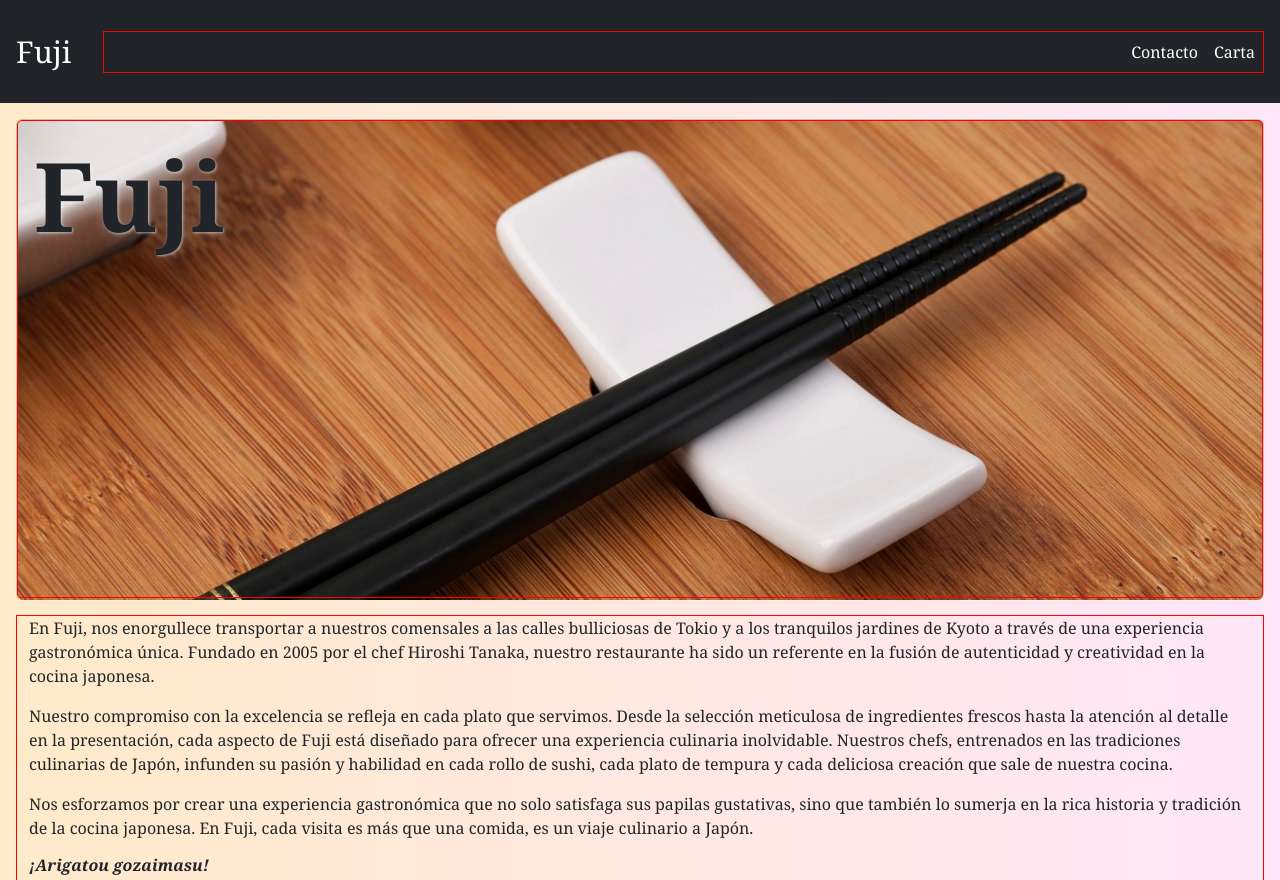
Repository: aipacheco/Fuji-restaurante
Page: index.html
An editor plug-in stored every save of this project. The page is shown before and after the next save, followed by the edit.
The browser window is 1280 px wide. The pictures show the part of the page from y = 0 to 880 px (the page is 1319 px tall).
A picture or video elsewhere on the page could not be fetched, so the positions and the page height are approximate. Some web libraries are served in a nearby version.

Above is the page before, as saved 2024-01-29 18:14:50.

### index.html
<!DOCTYPE html>
<html lang="en">
  <head>
    <meta charset="UTF-8" />
    <meta name="viewport" content="width=device-width, initial-scale=1.0" />

    <link
      href="https://cdn.jsdelivr.net/npm/bootstrap@5.3.2/dist/css/bootstrap.min.css"
      rel="stylesheet"
      integrity="sha384-T3c6CoIi6uLrA9TneNEoa7RxnatzjcDSCmG1MXxSR1GAsXEV/Dwwykc2MPK8M2HN"
      crossorigin="anonymous"
    />
    <link rel="stylesheet" href="./css/styles.css" />
    <title>Restaurante Fuji</title>
  </head>

  <body>
    <!-- Navbar -->
    <nav class="navbar navbar-expand-lg bg-dark" data-bs-theme="dark">
      <a class="navbar-brand d-flex align-items-center m-3" href="./index.html">
        <span id="icon">Fuji</span>
      </a>

      <button
        class="navbar-toggler m-3"
        type="button"
        data-toggle="collapse"
        data-target="#navbarNavDropdown"
        aria-controls="navbarNavDropdown"
        aria-expanded="false"
        aria-label="Toggle navigation"
      >
        <span class="navbar-toggler-icon"></span>
      </button>

      <div
        class="collapse navbar-collapse justify-content-end m-3"
        id="navbarNavDropdown"
      >
        <ul class="navbar-nav align-items-center">
          <li class="nav-item active m-2">
            <a href="/contact.html">Contacto</a>
          </li>
          <li class="nav-item active m-2">
            <a href="/menu.html">Carta</a>
          </li>
        </ul>
      </div>
    </nav>

    <div class="card img-restaurante m-3">
      <img
        src="./img/restaurante.jpg"
        class="card-img img-restaurante"
        alt="..."
      />
      <div class="card-img-overlay">
        <h1 class="card-title jumbotron">Fuji</h1>
      </div>
    </div>

    <div class="row d-flex justify-content-center m-3">
      <p>
        En Fuji, nos enorgullece transportar a nuestros comensales a las
        calles bulliciosas de Tokio y a los tranquilos jardines de Kyoto a
        través de una experiencia gastronómica única. Fundado en 2005 por el
        chef Hiroshi Tanaka, nuestro restaurante ha sido un referente en la
        fusión de autenticidad y creatividad en la cocina japonesa.
      </p>

      <p>
        Nuestro compromiso con la excelencia se refleja en cada plato que
        servimos. Desde la selección meticulosa de ingredientes frescos hasta la
        atención al detalle en la presentación, cada aspecto de Fuji
        está diseñado para ofrecer una experiencia culinaria inolvidable.
        Nuestros chefs, entrenados en las tradiciones culinarias de Japón,
        infunden su pasión y habilidad en cada rollo de sushi, cada plato de
        tempura y cada deliciosa creación que sale de nuestra cocina.
      </p>

      <p>
        Nos esforzamos por crear una experiencia gastronómica que no solo
        satisfaga sus papilas gustativas, sino que también lo sumerja en la rica
        historia y tradición de la cocina japonesa. En Fuji, cada visita
        es más que una comida, es un viaje culinario a Japón.
      </p>

      <h6><strong><i>¡Arigatou gozaimasu!</i></strong></h6>
    </div>


    <div class="row d-flex justify-content-center text-center m-3">
      <div class="col-12 col-md-6 col-lg-4">
        <div class="card">
          <img
            src="https://images.pexels.com/photos/12032526/pexels-photo-12032526.jpeg?auto=compress&cs=tinysrgb&w=1260&h=750&dpr=1"
            class="card-img-top"
            alt="..."
          />
          <div class="card-body">
            <p class="card-text">
              Descubre la elegancia y autenticidad en cada rincón de nuestro
              restaurante japonés.
            </p>
          </div>
        </div>
      </div>

      <div class="col-12 col-md-6 col-lg-4">
        <div class="card">
          <img
            src="https://images.pexels.com/photos/6249501/pexels-photo-6249501.jpeg"
            class="card-img-top"
            alt="..."
          />
          <div class="card-body">
            <p class="card-text">
              Sumérgete en la frescura y exquisitez del sashimi, una experiencia
              única para los amantes del pescado crudo.
            </p>
          </div>
        </div>
      </div>
      <div class="col-12 col-md-6 col-lg-4">
        <div class="card">
          <img
            src="https://images.pexels.com/photos/4071381/pexels-photo-4071381.jpeg?auto=compress&cs=tinysrgb&w=1260&h=750&dpr=1"
            class="card-img-top"
            alt="..."
          />
          <div class="card-body">
            <p class="card-text">
              Descubre la armonía de sabores en cada bocado, preparados con
              maestría por nuestros chefs expertos.
            </p>
          </div>
        </div>
      </div>
    </div>

    <script src="https://code.jquery.com/jquery-3.2.1.slim.min.js"></script>
    <script src="https://cdnjs.cloudflare.com/ajax/libs/popper.js/1.12.9/umd/popper.min.js"></script>
    <script src="https://maxcdn.bootstrapcdn.com/bootstrap/4.0.0/js/bootstrap.min.js"></script>
  </body>
</html>

### css/styles.css
body {
  font-family: Georgia, "Times New Roman", Times, serif !important;
  margin: 0;
  padding: 0;
  background: rgb(255, 234, 201);
  background: linear-gradient(
    90deg,
    rgba(255, 234, 201, 1) 0%,
    rgba(255, 230, 248, 1) 100%
  );
  /* height: 100vh;
  width: 100vw; */
}
div {
  border: 1px solid red;
}
nav a{
  text-decoration: none;
  color: white;
}
#icon {
  font-size: 1.5em;
}
.img-restaurante{
  max-height: 30em;
  width: auto;
  object-fit: cover;
}
textarea {
  resize: none !important;
}
.card {
  background-color: rgba(250, 235, 215, 0.212);
  transition: 0.5s;
}
.card:hover{
  box-shadow: 6px 5px 10px 1px rgba(0,0,0,0.75);
  transition: 0.5s;
}
.card-footer{
  background-color: rgb(255, 241, 241);

}
.card-title{
  font-weight: bold;
}
.jumbotron{
  font-size: 6em;
  text-shadow: 1px 1px 3px #ffffff92, 1px 1px 15px #ededed50;
}

.img-menu {
  max-height: 17em;
  width: auto;
  object-fit: cover;
}
.row-menu{
  margin-top: 1em;
  margin-bottom: 1em;
}
.answer{
  text-decoration: none;
  color: rgb(16, 16, 16);
}
iframe{

  height: 20em;
  padding: 0;
  margin: 0;
}

After the next save:
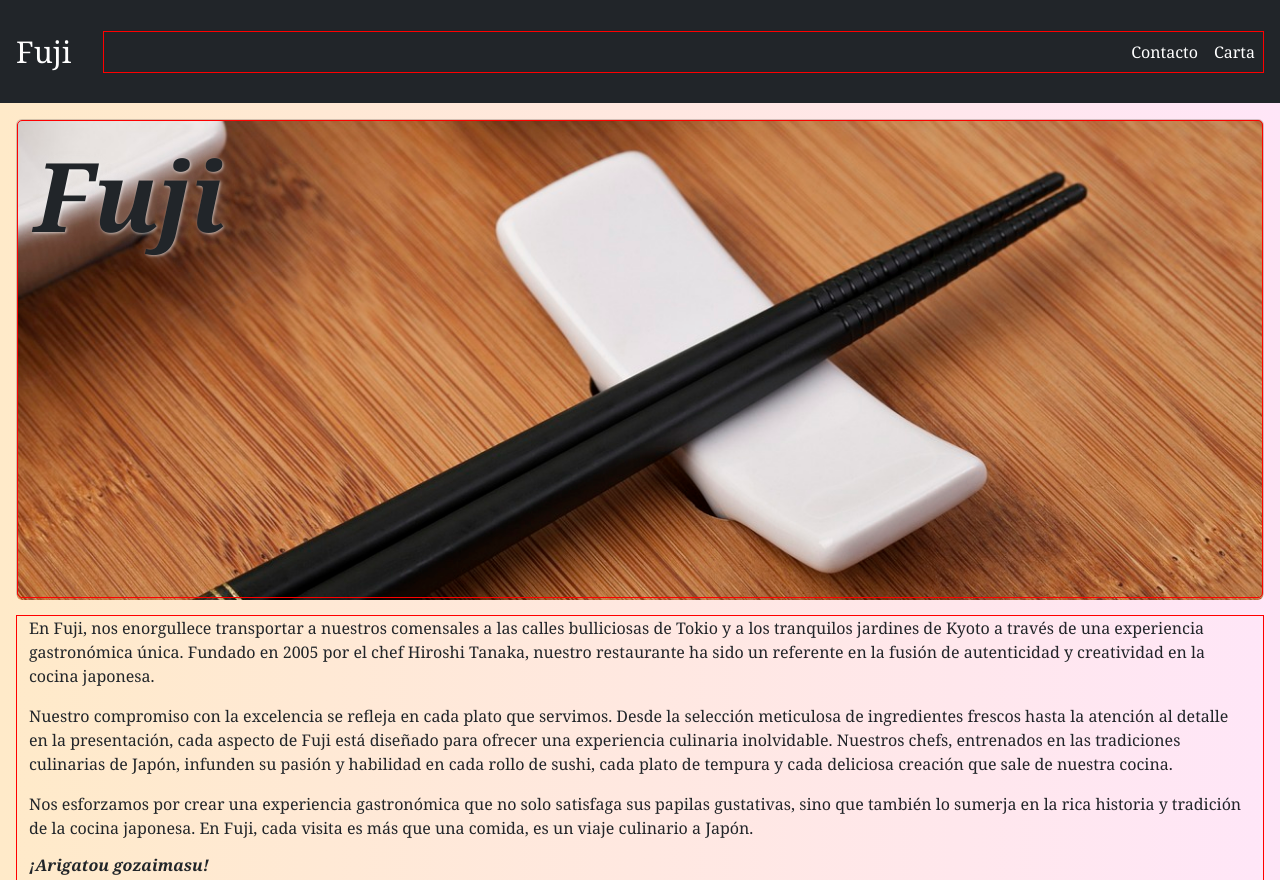
Saved 2 min 6 s later.
--- a/index.html
+++ b/index.html
@@ -55,7 +55,7 @@
         alt="..."
       />
       <div class="card-img-overlay">
-        <h1 class="card-title jumbotron">Fuji</h1>
+        <h1 class="card-title jumbotron"><i>Fuji</i></h1>
       </div>
     </div>
 
